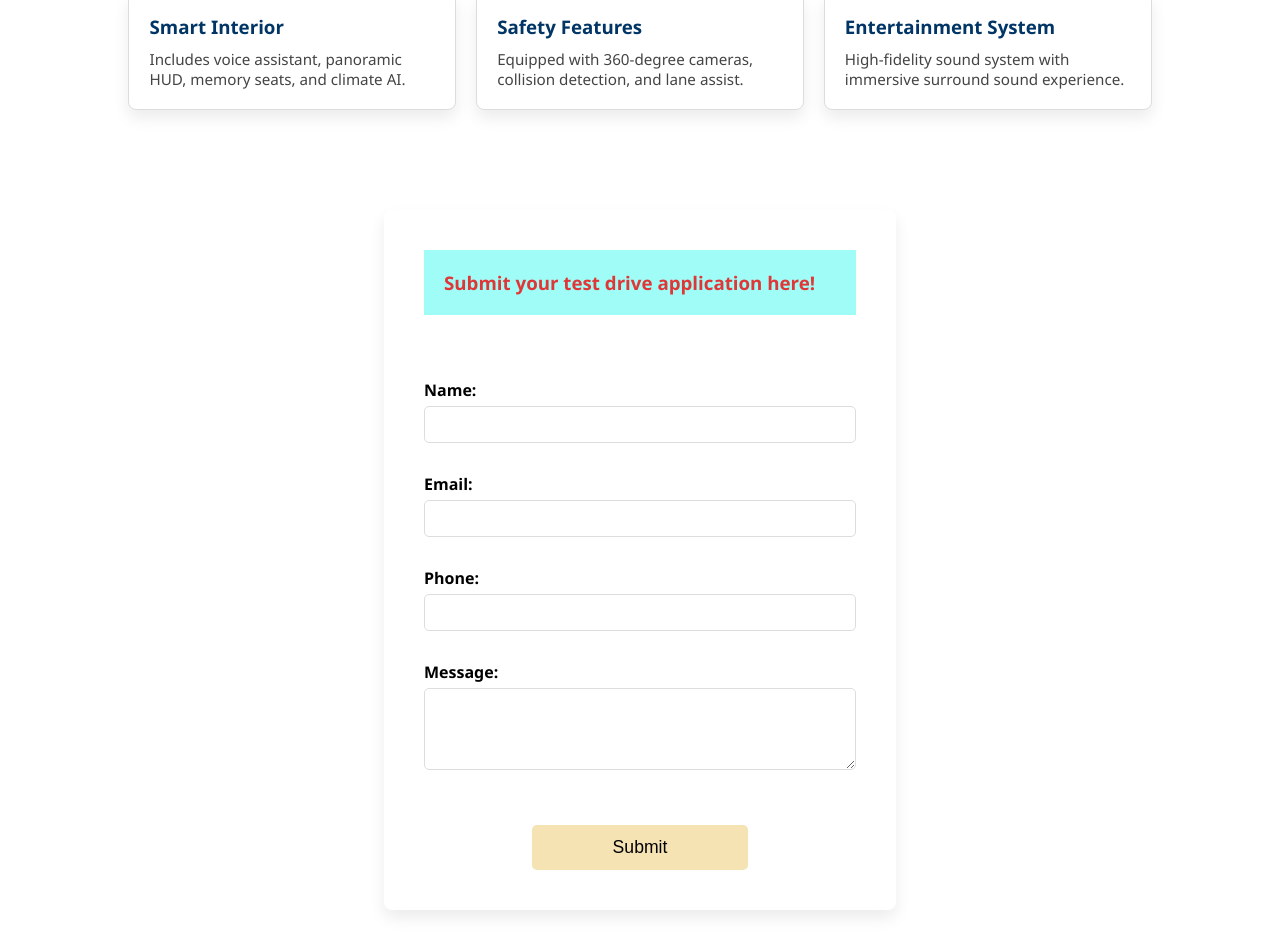
Repository: JiaheSu22/vrooom-responsive-main
Page: index.html
An editor plug-in stored every save of this project. The page is shown before and after the next save, followed by the edit.
The browser window is 1280 px wide. The pictures show the part of the page from y = 908 to 1860 px (the page is 1952 px tall before and 1848 px after).
A picture or video elsewhere on the page could not be fetched, so the positions and the page height are approximate.

Above is the page before, as saved 2025-04-11 15:35:05.

### index.html
<!DOCTYPE html>
<html lang="en">

<head>
  <meta charset="UTF-8">
  <title>Vrooom — Barracuda X10</title>
  <style>
    * {
      box-sizing: border-box;
      margin: 0;
      padding: 0;
    }

    body {
      font-family: 'Segoe UI', sans-serif;
      background-color: #f9f9f9;
      color: #222;
    }

    /* HERO SECTION */
    .hero {
      position: relative;
      height: 100vh;
      width: 100%;
      background-image: url('assets/mercedes-vision-avtr.webp');
      background-repeat: no-repeat;
      background-size: cover;
      background-position: center;
      overflow: hidden;
    }

    /* Optional dark overlay for unifying text+video contrast */
    .hero::before {
      content: "";
      position: absolute;
      inset: 0;
      background: linear-gradient(to right, rgba(0, 0, 0, 0.7), rgba(0, 0, 0, 0.1));
      z-index: 0;
    }

    /* Logo - slightly rotated, floating */
    .hero-logo {
      position: absolute;
      left: 2px;
      width: 30%;
      transform: rotate(-8deg);
      z-index: 0;
    }

    .hero-logo img {
      width: 100%;
    }

    /* Rotated text box */
    .hero-text {
      position: absolute;
      bottom: 3%;
      left: 5%;
      background: rgba(255, 255, 255, 0.1);
      padding: 30px;
      border-left: 6px solid #f6e3b4;
      border-radius: 10px;
      backdrop-filter: blur(1px);
      z-index: 0;

    }

    .hero-text h1 {
      font-size: 3em;
      color: #a0fcf7;
      margin-bottom: 10px;
    }

    .hero-text p {
      font-size: 1.2em;
      color: #fff;
    }

    /* Tilted video box */
    .hero-video {
      position: absolute;
      top: auto;
      bottom: 20px;
      right: 20px;
      box-shadow: 0 10px 20px rgba(0, 0, 0, 0.6);
      z-index: 0;
      border-radius: 5px;
      overflow: hidden;
      transition: transform 0.3s ease;
    }

    .hero-video:hover {
      transform: scale(1.3);
    }

    .hero-video video {
      width: 100%;
      display: block;
      border-radius: 2px;
    }

    /* CARD SECTION */
    .card-section {
      display: flex;
      flex-wrap: wrap;
      justify-content: center;
      gap: 20px;
      padding: 50px 10%;
      background-color: #ffffff;
    }

    .top-card {
      background: rgb(248, 240, 194);
      border: 1px solid #f97705;
      border-radius: 8px;
      box-shadow: 0 8px 16px rgba(0, 0, 0, 0.08);
      padding: 20px;
      width: 32%;
      transition: transform 0.3s ease;
    }

    .card {
      background: white;
      border: 1px solid #ddd;
      border-radius: 8px;
      box-shadow: 0 8px 16px rgba(0, 0, 0, 0.08);
      width: 32%;
      padding: 20px;
      transition: transform 0.3s ease;
    }

    .top-card:hover {
      transform: translateY(10px);
      box-shadow: 0 12px 24px rgba(101, 247, 205, 0.1);
    }

    .card:hover {
      transform: translateY(-5px);
      box-shadow: 0 12px 24px rgba(0, 0, 0, 0.1);
    }

    .card h3 {
      margin-bottom: 10px;
      color: #003566;
    }

    .card p {
      font-size: 0.95em;
      color: #444;
    }

    .form-section {
      display: flex;
      flex-direction: column;
      background: #ffffff;
      padding: 50px 10%;

    }

    .form-section h3 {
      background-color: #a0fcf7;
      padding: 20px;
      color: #f97705;
      margin-bottom: 20px;
    }

    .form-section form {
      display: flex;
      flex-direction: column;
      border-radius: 8px;
      box-shadow: 0 8px 16px rgba(0, 0, 0, 0.08);
      width: 50%;
      padding: 40px;
      margin: auto;
    }

    .form-section label {
      display: flex;
      font-weight: bold;
      margin-bottom: 5px;
      color: #000000;
    }

    .form-section input,
    textarea {
      width: 100%;
      padding: 10px;
      border: 1px solid #ddd;
      border-radius: 5px;
      margin-bottom: 15px;
    }

    .form-section .form {
      margin-bottom: 15px;
    }

    .form-section button {
      margin: auto;
      background: #f6e3b4;
      color: #000000;
      border: none;
      padding: 12px 25px;
      border-radius: 5px;
      cursor: pointer;
      font-size: 1.1em;
      width: 50%;
      margin-top: 20px;
      transition: background 0.3s ease;
    }

    .form-section button:hover {
      background: #f97705;
      color: #fff;
    }

    .footer {
      background: #000000;
      padding: 20px;
      text-align: center;
      color: #ffffff;
    }

    .footer a {
      color: #ffffff;
      transition: background 0.3s ease;
    }

    .footer a:hover {
      color: #f6e3b4;
    }

    /* Responsive Adjustments */
    @media (max-width: 768px) {
      .hero-text {
        position: static;
        margin: 20px auto;
        background: rgba(0, 0, 0, 0.7);
        text-align: center;
      }

      .hero-video {
        position: static;
        width: 90%;
        margin: 20px auto;
      }

      .card-section {

        align-items: center;
        padding: 30px 5%;
      }
    }
  </style>
</head>

<body>

  <!-- HERO SECTION -->
  <section class="hero">

    <!-- Logo -->
    <div class="hero-logo">
      <img src="assets/logo-enh.png" alt="Vrooom Logo">
    </div>

    <!-- Text -->
    <div class="hero-text">
      <h1>Mercedes Vision AVTR</h1>
      <p>A marriage between art and science.</p>
    </div>

    <!-- Video -->
    <div class="hero-video">
      <video autoplay loop muted>
        <source src="assets/avtr-demo.mp4" type="video/mp4">
        Your browser does not support the video tag.
      </video>
    </div>

  </section>

  <!-- CARD SECTION -->
  <section class="card-section">
    <div class="top-card">
      <h3>Top Speed</h3>
      <p>Reaches up to 220mph on open track with aerodynamic support.</p>
    </div>
    <div class="top-card">
      <h3>Acceleration</h3>
      <p>0 to 60mph in just 3.0 seconds. The surge you feel is real.</p>
    </div>
    <div class="top-card">
      <h3>Eco Mode</h3>
      <p>Fuel-efficient and clean in city mode — go fast and green.</p>
    </div>
    <div class="card">
      <h3>Smart Interior</h3>
      <p>Includes voice assistant, panoramic HUD, memory seats, and climate AI.</p>
    </div>
    <div class="card">
      <h3>Safety Features</h3>
      <p>Equipped with 360-degree cameras, collision detection, and lane assist.</p>
    </div>
    <div class="card">
      <h3>Entertainment System</h3>
      <p>High-fidelity sound system with immersive surround sound experience.</p>
    </div>
  </section>

  <section class="form-section">
    <form action="">
      <h3 style="color: rgb(223, 55, 55);">Submit your test drive application here!</h3> <br><br>
      <div class="form">
        <label for="name">Name:</label>
        <input type="text" id="name" name="name" required>
      </div>
      <div class="form">
        <label for="email">Email:</label>
        <input type="email" id="email" name="email" required>
      </div>
      <div class="form">
        <label for="phone">Phone:</label>
        <input type="tel" id="phone" name="phone" required>
      </div>
      <div class="form">
        <label for="message">Message:</label>
        <textarea id="message" name="message" rows="4" required></textarea>
      </div>
      <button type="submit">Submit</button>
    </form>
  </section>

  <section class="footer">
    <footer>
      <div class="footer-content">
        <p>&copy; 2025 Vrooom. All rights reserved.</p>
        <p>Contact us on <a href="mailto:contect@vroom.com">Email</a>
      </div>
    </footer>
  </section>
</body>

</html>

After the next save:
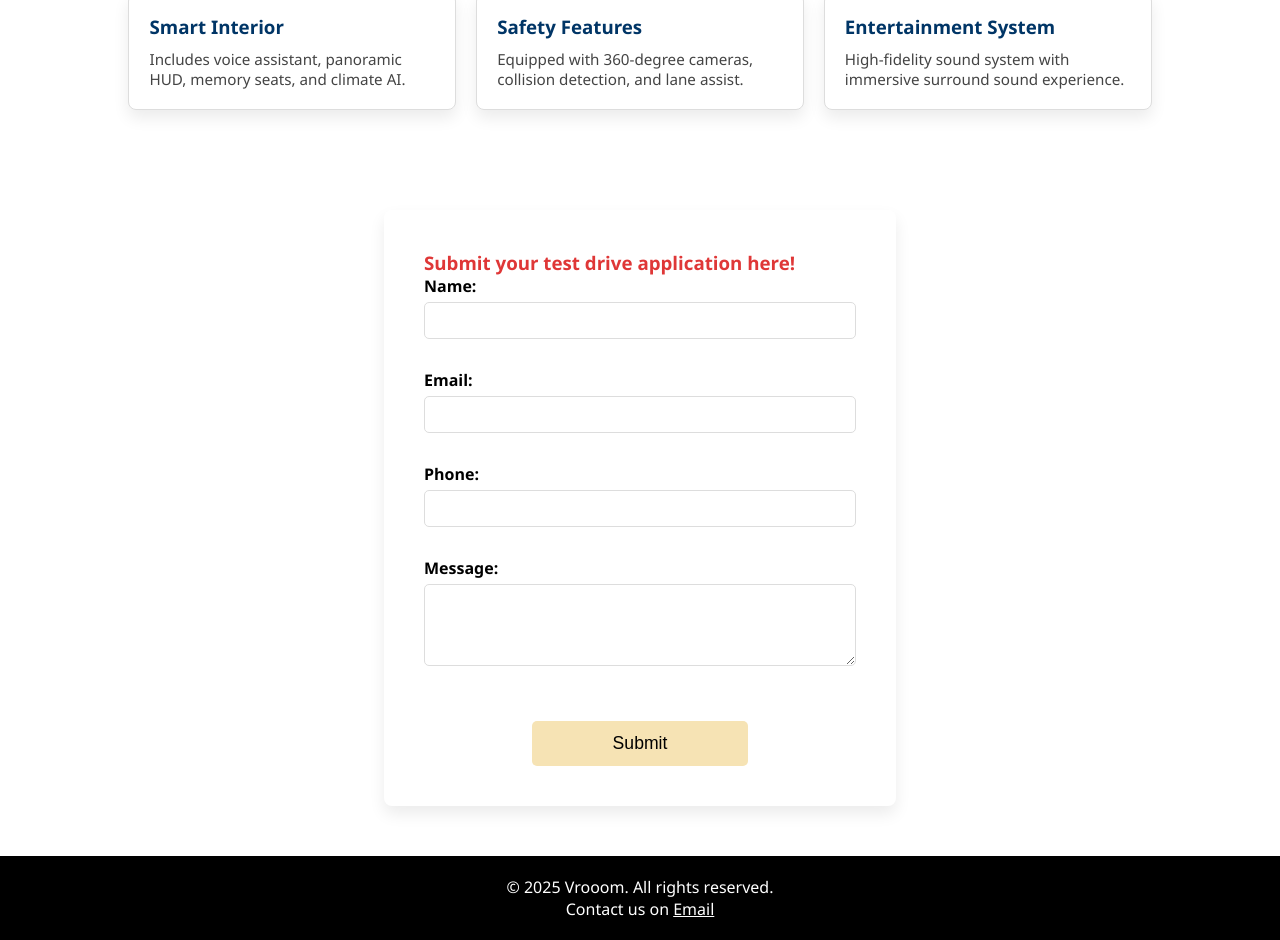
Saved 60 s later.
--- a/index.html
+++ b/index.html
@@ -157,12 +157,7 @@
 
     }
 
-    .form-section h3 {
-      background-color: #a0fcf7;
-      padding: 20px;
-      color: #f97705;
-      margin-bottom: 20px;
-    }
+
 
     .form-section form {
       display: flex;
@@ -309,7 +304,9 @@
 
   <section class="form-section">
     <form action="">
-      <h3 style="color: rgb(223, 55, 55);">Submit your test drive application here!</h3> <br><br>
+      <div class="form-header">
+        <h3 style="color: rgb(223, 55, 55);">Submit your test drive application here!</h3>
+      </div>
       <div class="form">
         <label for="name">Name:</label>
         <input type="text" id="name" name="name" required>
